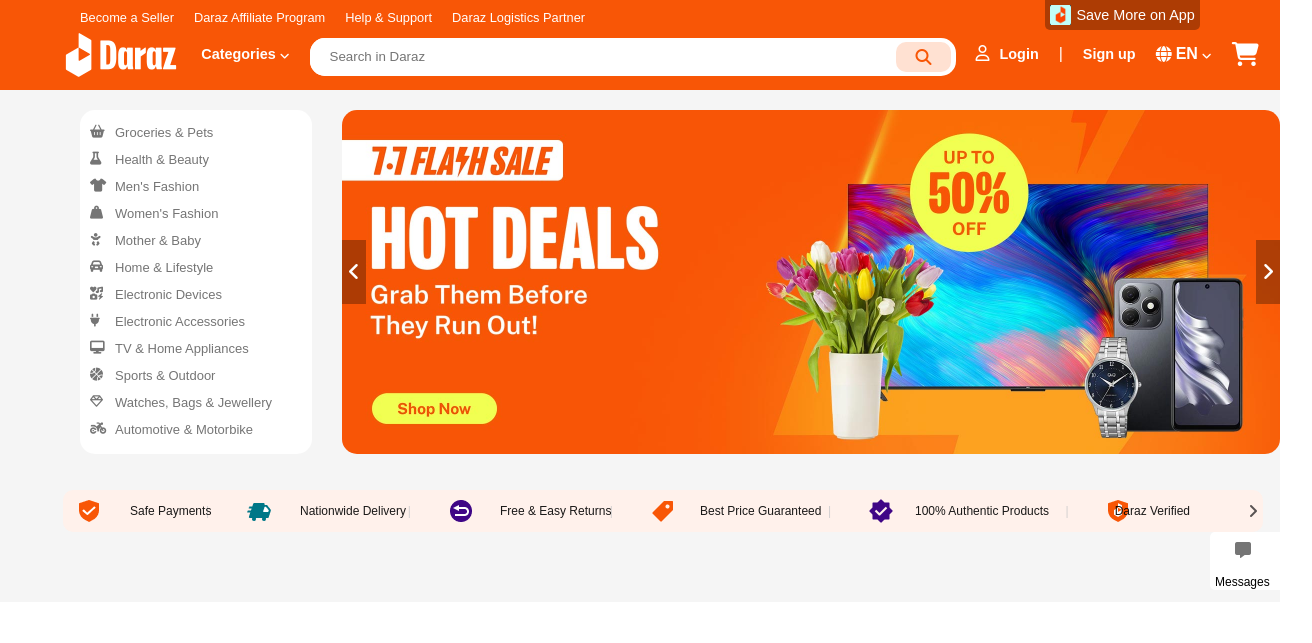
Repository: ubiadurrahman/Draz---Clone
Page: daraz.html
The author's editor kept a copy of each file at every save. The page is drawn from the files as they stood at one save, then again after a run of saves.
The browser window is 1280 px wide. The page is 1312 px wide, so the pictures cover 1312 px, including what lies to the right of the window. The pictures show the whole page.

Above is the page before, as saved 2024-07-10 22:35:57.

After the next 2 saves:
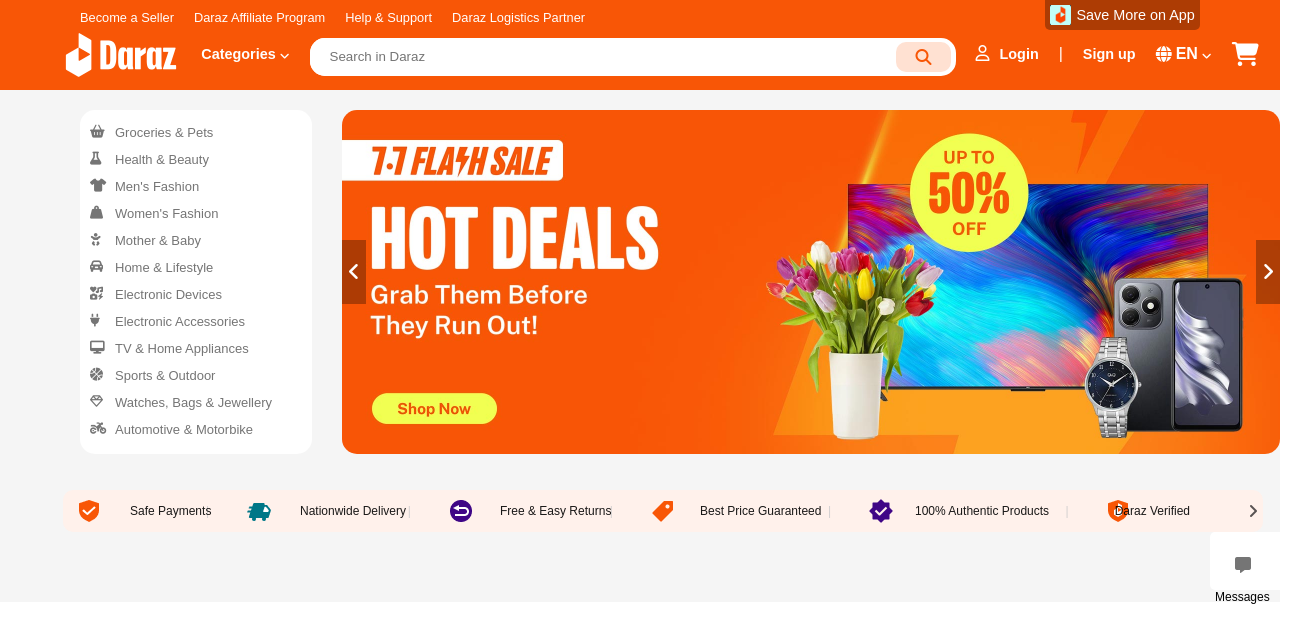
The 2 saves are shown as one change because they came seconds apart.
The last was saved 14 s later.
--- a/daraz.css
+++ b/daraz.css
@@ -441,7 +441,7 @@
 
 .icon-box{
     margin-left: 25px;
-    margin-top: 10px;
+    margin-top: 25px;
     width: 22px;
     height: 18.34px;
     color: #757575;
